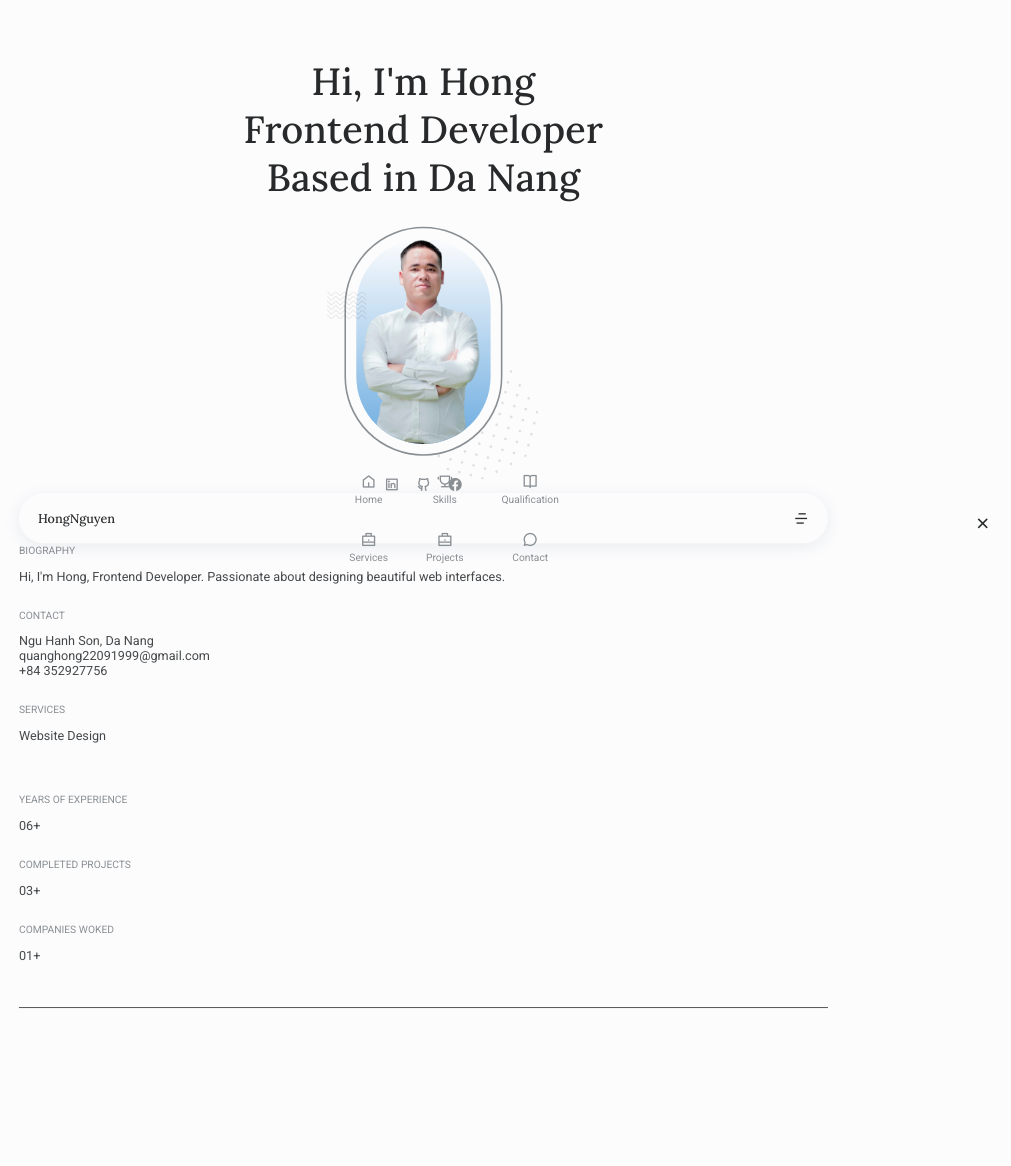
Repository: hnguyeng/myportfoliohongnguyen
Page: index.html
An editor plug-in stored every save of this project. The page is shown before and after the next save, followed by the edit.
The browser window is 1280 px wide. The pictures show the whole page, at 79% of full size.
Some web libraries are served in a nearby version.

Above is the page before, as saved 2023-07-17 14:26:52.

After the next save:
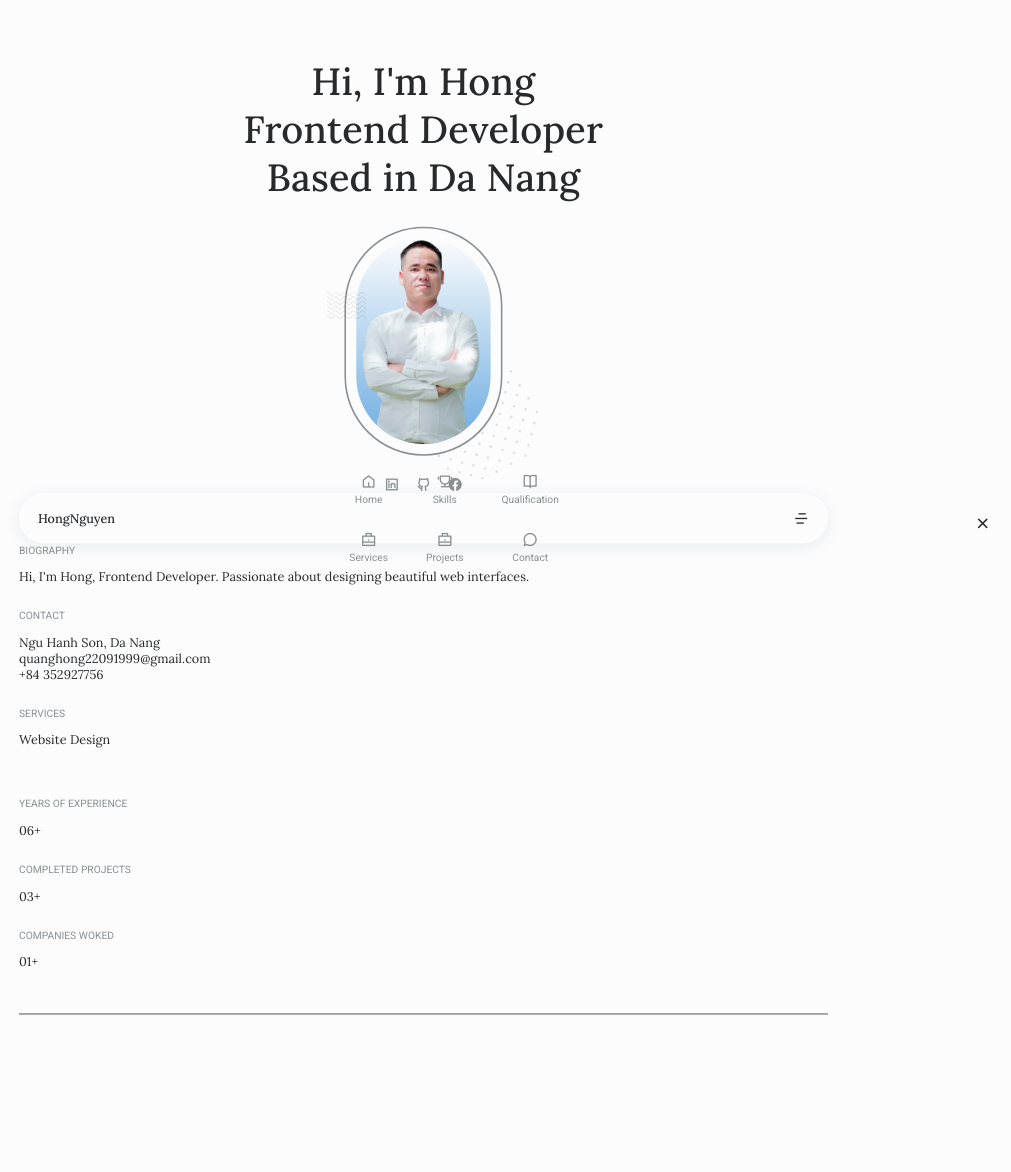
Saved 2 min 26 s later.
--- a/assets/css/style.css
+++ b/assets/css/style.css
@@ -268,3 +268,8 @@ img{
     color: var(--text-color-light);
     margin-bottom: 1rem;
 }
+.home__info-description,
+.home__info-number{
+    font-family: var(--title-font);
+    color: var(--title-color);
+}
